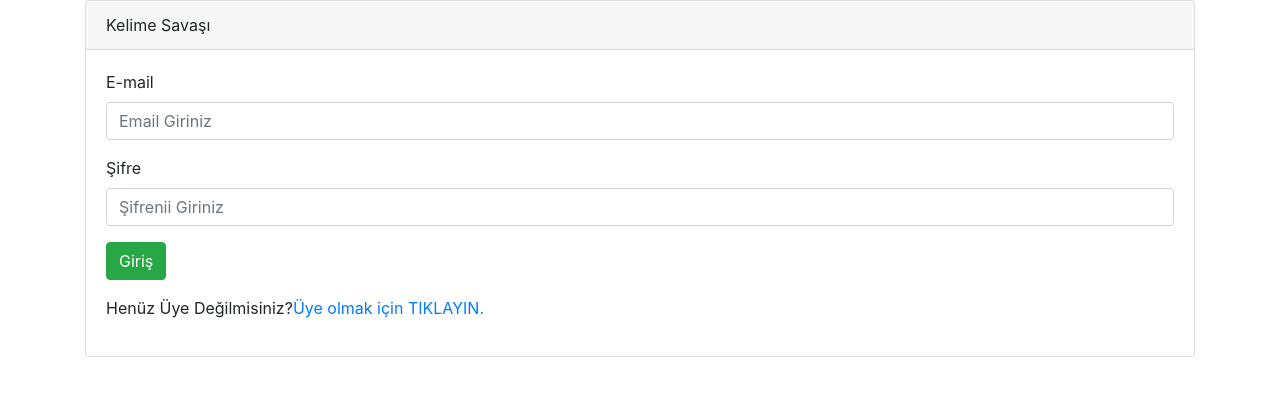
Repository: triapost/kelimeapp
Page: /login
An editor plug-in stored every save of this project. The page is shown before and after the next save, followed by the edit.
The browser window is 1280 px wide. The pictures show the whole page.
The project was rebuilt for these pictures with package versions that can differ from the ones it lists, and the page was loaded fresh each time. Also part of the build but not shown: src/pages/auth/Register.js, src/pages/home/Home.js.

Above is the page before, as saved 2020-09-15 22:30:17.

After the next save:
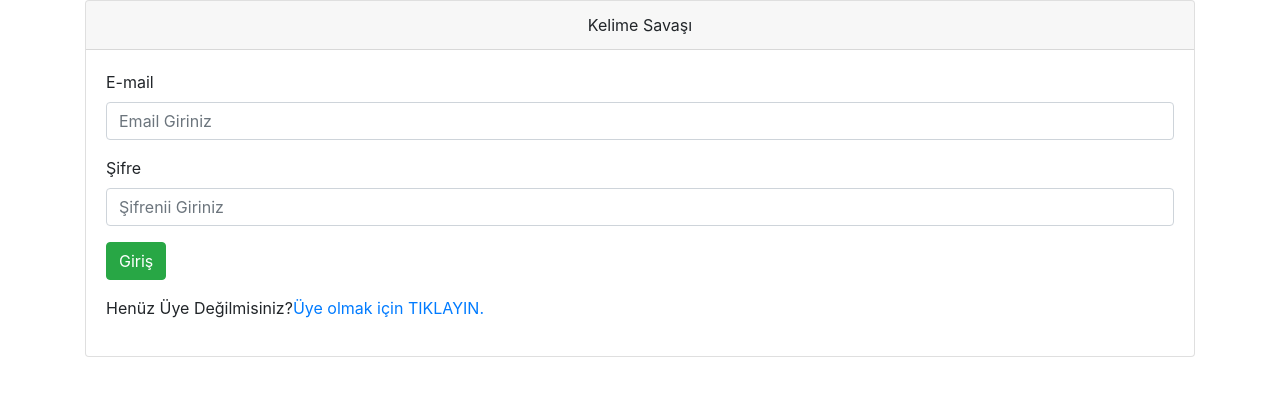
Saved 18 s later.
--- a/src/pages/auth/Login.js
+++ b/src/pages/auth/Login.js
@@ -5,7 +5,7 @@ const Login = () => {
   return (
     <div className="container">
       <div className="card">
-        <div className="card-header">Kelime Savaşı</div>
+        <div className="card-header text-center">Kelime Savaşı</div>
         <div className="card-body">
           <form>
             <div className="form-group">
